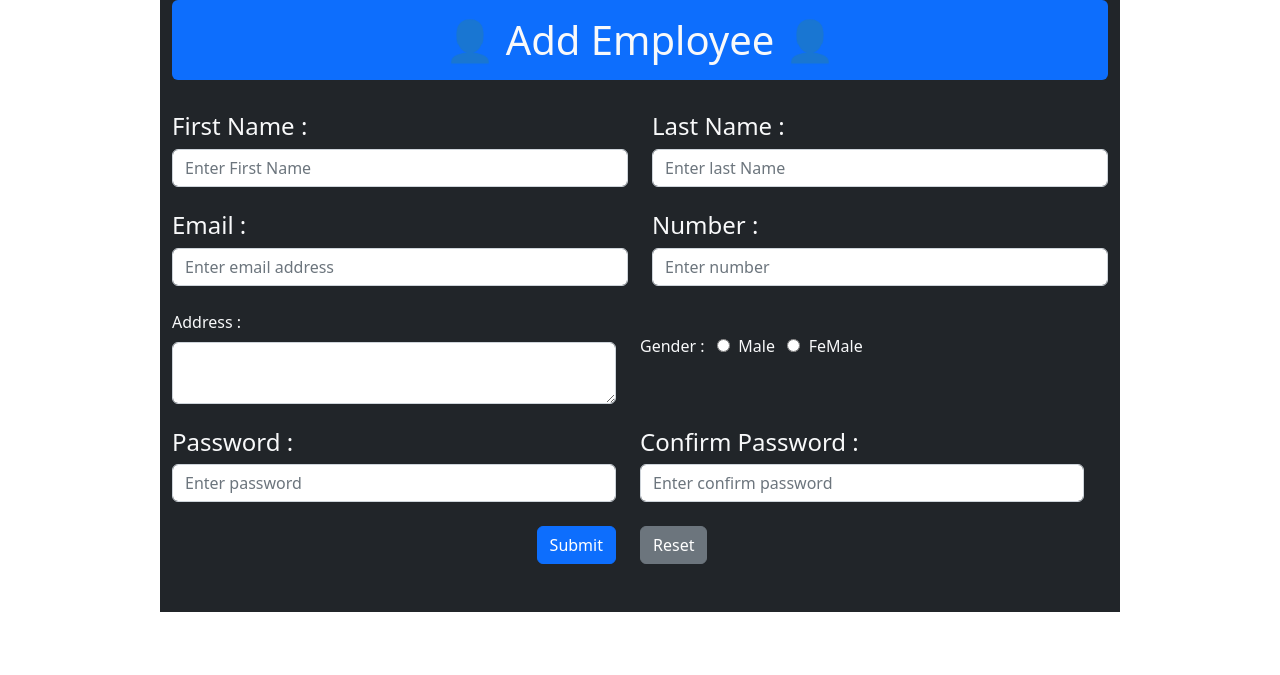
Repository: Rahulkathiriya/java-assignment-and-assesment
Page: http://localhost/web007_assesment_employee_Management_System/addEmployee.jsp
These files come from the project's save history. The page is drawn as it stood at one moment and after the next save; the edit follows.
The browser window is 1280 px wide. The pictures show the whole page.
The page is served by Tomcat 9. Other server files are loaded and not shown.

Above is the page before, as saved 2022-11-17 15:55:19.

### web007_assesment_employee_Management_System/src/main/webapp/addEmployee.jsp
<%@ page language="java" contentType="text/html; charset=UTF-8"
	pageEncoding="UTF-8"%>
<!DOCTYPE html>
<html>
<head>
<!-- CSS only -->
<link
	href="https://cdn.jsdelivr.net/npm/bootstrap@5.2.0/dist/css/bootstrap.min.css"
	rel="stylesheet"
	integrity="sha384-gH2yIJqKdNHPEq0n4Mqa/HGKIhSkIHeL5AyhkYV8i59U5AR6csBvApHHNl/vI1Bx"
	crossorigin="anonymous">
<!-- <-- JavaScript Bundle with Popper -->
<script
	src="https://cdn.jsdelivr.net/npm/bootstrap@5.2.0/dist/js/bootstrap.bundle.min.js"
	integrity="sha384-A3rJD856KowSb7dwlZdYEkO39Gagi7vIsF0jrRAoQmDKKtQBHUuLZ9AsSv4jD4Xa"
	crossorigin="anonymous"></script>

<!--  	j-Queary cdn -->
<script
	src="https://cdnjs.cloudflare.com/ajax/libs/jquery/3.6.1/jquery.min.js"
	integrity="sha512-aVKKRRi/Q/YV+4mjoKBsE4x3H+BkegoM/em46NNlCqNTmUYADjBbeNefNxYV7giUp0VxICtqdrbqU7iVaeZNXA=="
	crossorigin="anonymous" referrerpolicy="no-referrer"></script>
<meta charset="UTF-8">
<title>add Employee</title>
<style type="text/css">
.form-control:focus {
	border-color: none !important;
	box-shadow: none !important;
}
</style>
</head>
<body>

	<div class="container bg-dark text-light m-auto w-75">
		<div class="h1 text-center bg-primary rounded p-3">👤 Add
			Employee 👤</div>
		<br>
		<form action="">
			<div class="row">
				<div class="col col-sm-12 col-md-6 col-lg-6">
					<label class=" h4 form-label" for="fname">First Name :</label> <input
						type="text" id="fname" name="fname" class="form-control"
						placeholder="Enter First Name">
				</div>
				<div class="col col-sm-12 col-md-6 col-lg-6">
					<label class=" h4 form-label" for="lname">Last Name :</label> <input
						type="text" id="lname" name="lname" class="form-control"
						placeholder="Enter last Name">
				</div>
			</div>
			<br>
			<div class="row">
				<div class="col col-sm-12 col-md-6 col-lg-6">
					<label class=" h4 form-label" for="email">Email :</label> <input
						type="email" id="email" name="email" class="form-control"
						placeholder="Enter email address">
				</div>
				<div class="col col-sm-12 col-md-6 col-lg-6">
					<label class=" h4 form-label" for="number">Number :</label> <input
						type="text" id="number" name="number" class="form-control"
						placeholder="Enter number">
				</div>

				<div class="row mt-4">
					<div class="col col-sm-12 col-md-6 col-lg-6">
						<label class="form-label">Address : </label>
						<textarea rows="" cols="" class="form-control" id="address"></textarea>
					</div>
					<div class="col col-sm-12 col-md-6 col-lg-6 mt-4">
						<label class="form-label" for="gender">Gender :</label> &nbsp; <input
							type="radio" name="gender" value="male"> &nbsp;Male
						&nbsp; <input type="radio" name="gender" value="male">
						&nbsp;FeMale
					</div>
				</div>
				<div class="row mt-4">
					<div class="col col-sm-12 col-md-6 col-lg-6">
						<label class=" h4 form-label" for="password">Password :</label> <input
							type="text" id="password" name="password" class="form-control"
							placeholder="Enter password">
					</div>
					<div class="col col-sm-12 col-md-6 col-lg-6">
						<label class=" h4 form-label" for="conpass">Confirm
							Password :</label> <input type="text" id="conpass" name="conpass"
							class="form-control" placeholder="Enter confirm password">
					</div>
				</div>
				<div class="row mt-4 mb-5">
					<div class="col col-sm-12 col-md-6 col-lg-6 text-end">
						<input type="submit" class="btn btn-primary">

					</div>
					<div class="col col-sm-12 col-md-6 col-lg-6 text-start">
						<input type="reset" class="btn btn-secondary">
					</div>
				</div>
		</form>

	</div>



	</div>

















</body>
</html>

After the next save:
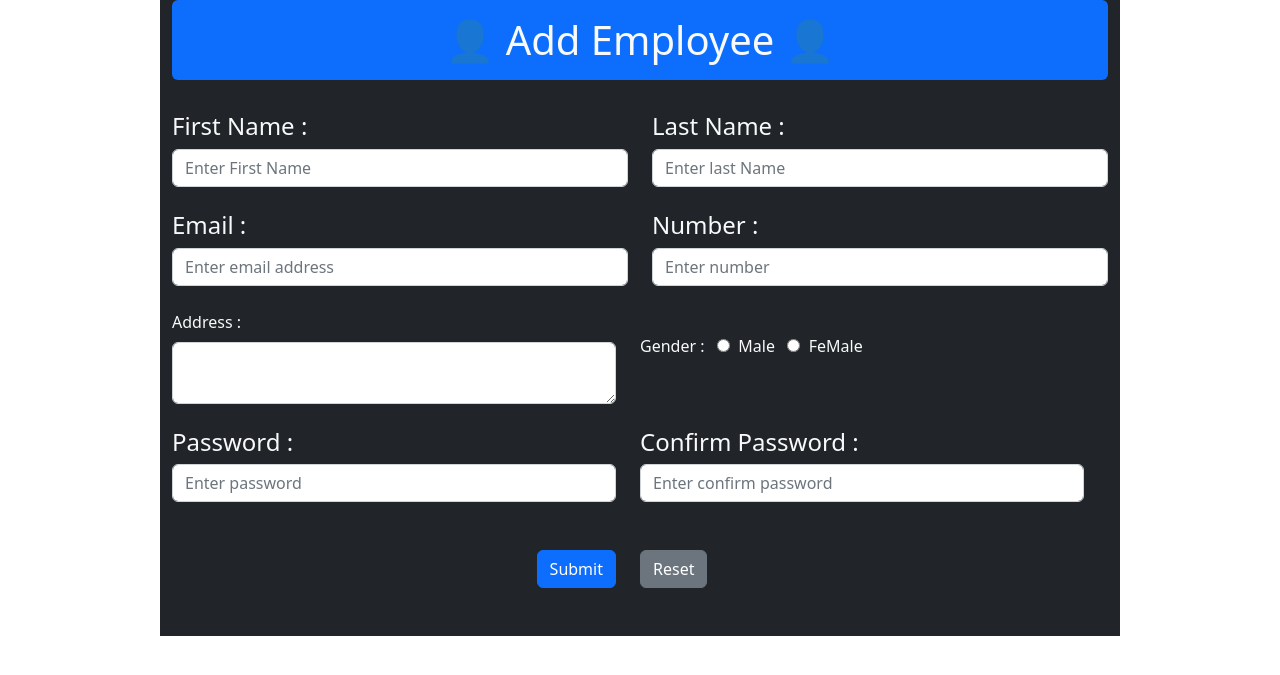
Saved 7 s later.
--- a/web007_assesment_employee_Management_System/src/main/webapp/addEmployee.jsp
+++ b/web007_assesment_employee_Management_System/src/main/webapp/addEmployee.jsp
@@ -85,7 +85,7 @@
 							class="form-control" placeholder="Enter confirm password">
 					</div>
 				</div>
-				<div class="row mt-4 mb-5">
+				<div class="row mt-5 mb-5">
 					<div class="col col-sm-12 col-md-6 col-lg-6 text-end">
 						<input type="submit" class="btn btn-primary">
 
